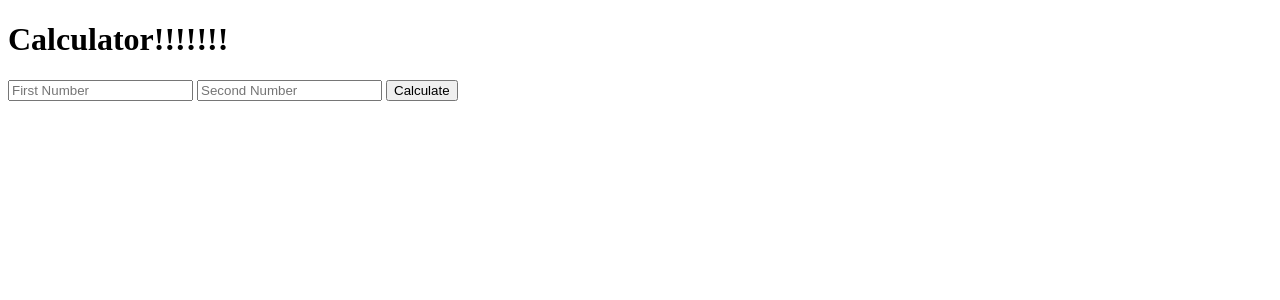
Repository: yoriss67/Folder-The-Complete-2023Web-Development-Bootcamp
Page: Calculator/index.html
The author's editor kept a copy of each file at every save. The page is drawn from the files as they stood at one save, then again after the next save.
The browser window is 1280 px wide. The pictures show the whole page.

Above is the page before, as saved 2022-12-21 22:42:35.

After the next save:
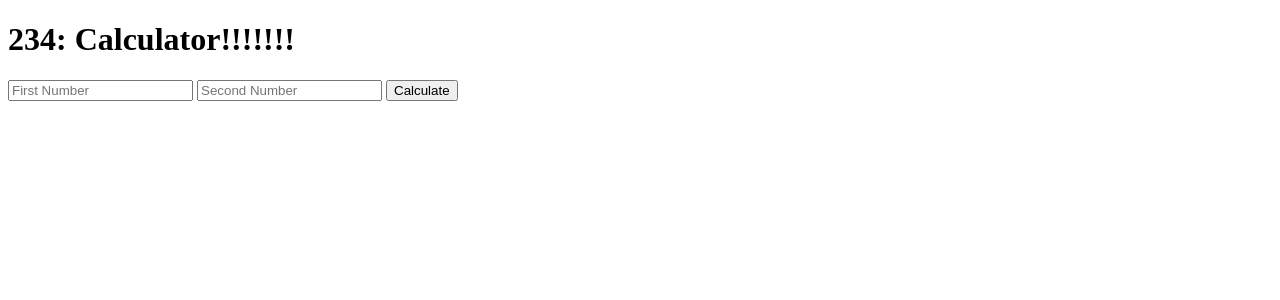
Saved 14 s later.
--- a/Calculator/index.html
+++ b/Calculator/index.html
@@ -9,7 +9,7 @@
 <body>
 
     <form action="index.html">
-        <h1>Calculator!!!!!!!</h1>
+        <h1>234: Calculator!!!!!!!</h1>
         <!-- 👩‍🎓name は variable的な -->
         <input type="text" name="num1" placeholder="First Number">
         <input type="text" name="num2" placeholder="Second Number">
